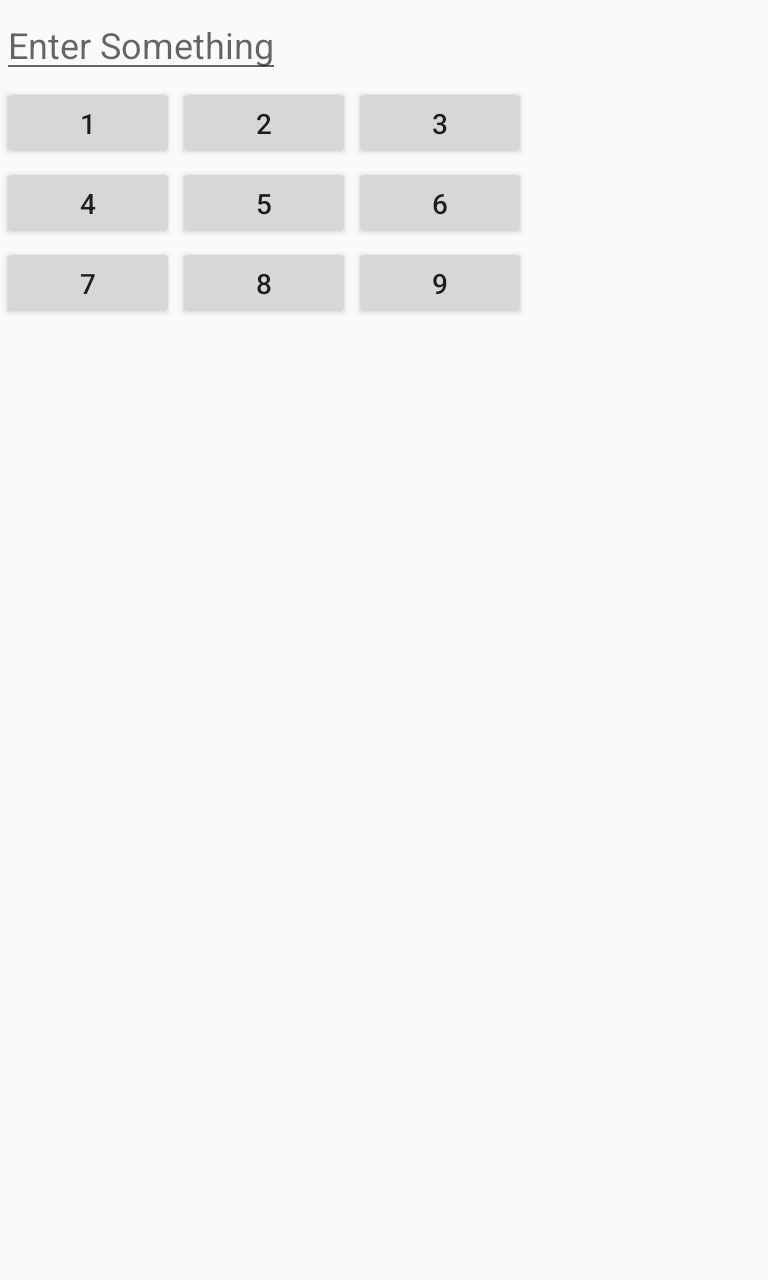
Repository: apoorvelec/AndroidApps
Layout: Calculator/res/layout/activity_main.xml
These files come from the project's save history. The layout is drawn as it stood at one moment and after the next save; the edit follows.
It is drawn on a 768 x 1280 px phone screen (xhdpi) without system bars, with theme AppTheme; the app's code is not run.

Above is the layout before, as saved 2016-05-17 00:52:46.

### Calculator/res/layout/activity_main.xml
<?xml version="1.0" encoding="utf-8"?>
<LinearLayout xmlns:android="http://schemas.android.com/apk/res/android"
   android:layout_width="fill_parent"
   android:layout_height="fill_parent"
   android:orientation="vertical" >

   <EditText android:id="@+id/text"
      android:layout_width="wrap_content"
      android:layout_height="wrap_content"
      android:hint="Enter Something" />

   <!-- More GUI components go here  -->
   <LinearLayout android:layout_width="fill_parent"
   android:layout_height="40dp"
   android:orientation="horizontal" >
   	<Button android:id="@+id/button1"
      android:layout_width="wrap_content"
      android:layout_height="wrap_content"
      android:text="1" />
   	<Button android:id="@+id/button2"
      android:layout_width="wrap_content"
      android:layout_height="wrap_content"
      android:text="2" />
   	<Button android:id="@+id/button3"
      android:layout_width="wrap_content"
      android:layout_height="wrap_content"
      android:text="3" />
   </LinearLayout>

   <LinearLayout android:layout_width="fill_parent"
   android:layout_height="40dp"
   android:orientation="horizontal" >
   	<Button android:id="@+id/button4"
      android:layout_width="wrap_content"
      android:layout_height="wrap_content"
      android:text="4" />
   	<Button android:id="@+id/button5"
      android:layout_width="wrap_content"
      android:layout_height="wrap_content"
      android:text="5" />
   	<Button android:id="@+id/button6"
      android:layout_width="wrap_content"
      android:layout_height="wrap_content"
      android:text="6" />
   </LinearLayout>

   <LinearLayout android:layout_width="fill_parent"
   android:layout_height="40dp"
   android:orientation="horizontal" >
   	<Button android:id="@+id/button7"
      android:layout_width="wrap_content"
      android:layout_height="wrap_content"
      android:text="7" />
   	<Button android:id="@+id/button8"
      android:layout_width="wrap_content"
      android:layout_height="wrap_content"
      android:text="8" />
   	<Button android:id="@+id/button9"
      android:layout_width="wrap_content"
      android:layout_height="wrap_content"
      android:text="9" />
   </LinearLayout>

</LinearLayout>

Loaded but not shown: Calculator/res/values/styles.xml (common file); Calculator/res/values-v11/styles.xml (common file); Calculator/res/values-v14/styles.xml (common file)

After the next save:
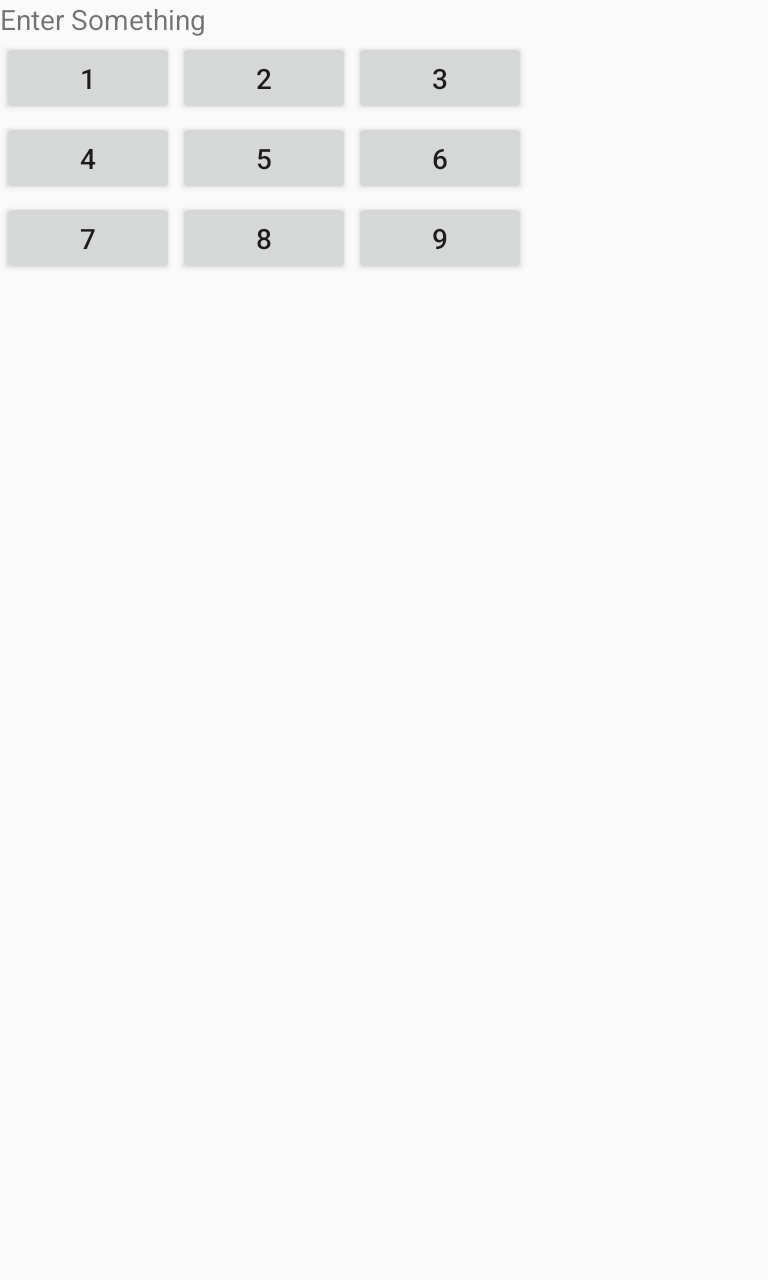
Saved 19 s later.
--- a/Calculator/res/layout/activity_main.xml
+++ b/Calculator/res/layout/activity_main.xml
@@ -4,10 +4,10 @@
    android:layout_height="fill_parent"
    android:orientation="vertical" >
 
-   <EditText android:id="@+id/text"
+   <TextView android:id="@+id/text"
       android:layout_width="wrap_content"
       android:layout_height="wrap_content"
-      android:hint="Enter Something" />
+      android:text="Enter Something" />
 
    <!-- More GUI components go here  -->
    <LinearLayout android:layout_width="fill_parent"
